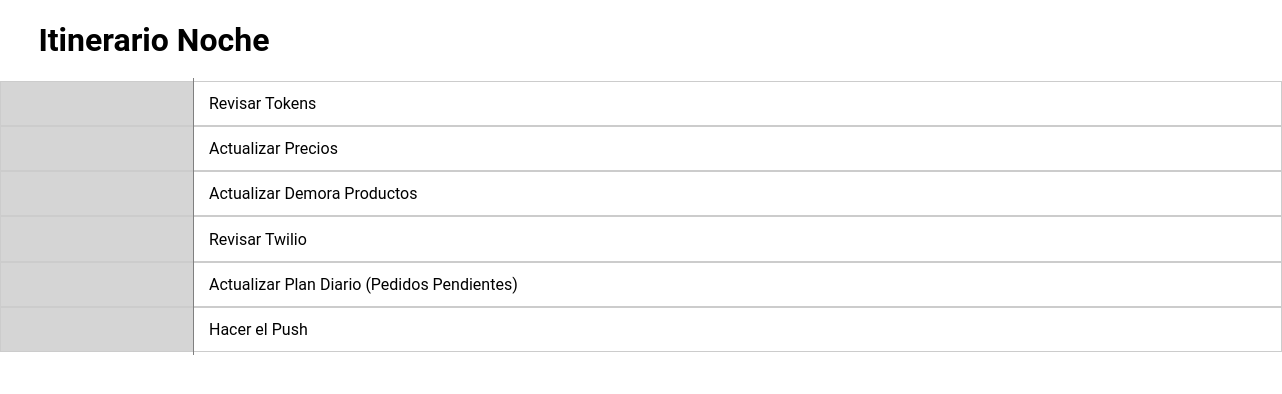
Repository: aCoupon0/intranet
Page: 1/iti-noche.html
The author's editor kept a copy of each file at every save. The page is drawn from the files as they stood at one save, then again after the next save.
The browser window is 1280 px wide. The page is 1282 px wide, so the pictures cover 1282 px, including what lies to the right of the window. The pictures show the whole page.

Above is the page before, as saved 2024-12-11 11:30:45.

### 1/iti-noche.html
<!DOCTYPE html>
<html lang="es">

<head>
    <meta charset="UTF-8">
    <meta name="viewport" content="width=device-width, initial-scale=1.0">
    <title>Intranet DermaBox</title>
    <link rel="stylesheet" href="../css/gasto.css">
</head>
<body>
    <h1 class="title">Itinerario Noche</h1>
    <div class="container">
        <div class="checkbox" onclick="toggleCheckbox(this)"></div>
        <div class="text-container">
            <p>Revisar Tokens</p>
        </div>
    </div>
    <div class="container">
        <div class="checkbox" onclick="toggleCheckbox(this)"></div>
        <div class="text-container">
            <p>Actualizar Precios</p>
        </div>
    </div>
    <div class="container">
        <div class="checkbox" onclick="toggleCheckbox(this)"></div>
        <div class="text-container">
            <p>Actualizar Demora Productos</p>
        </div>
    </div>

    <div class="container">
        <div class="checkbox" onclick="toggleCheckbox(this)"></div>
        <div class="text-container">
            <p>Revisar Twilio</p>
        </div>
    </div>
    <div class="container">
        <div class="checkbox" onclick="toggleCheckbox(this)"></div>
        <div class="text-container">
            <p>Actualizar Plan Diario (Pedidos Pendientes)</p>
        </div>
    </div>
    <div class="container">
        <div class="checkbox" onclick="toggleCheckbox(this)"></div>
        <div class="text-container">
            <p>Hacer el Push</p>
        </div>
    </div>

    <script>
        function toggleCheckbox(element) {
            element.classList.toggle('active');
        }
    </script>
</body>

</html>

### css/gasto.css
body {
    margin: 0;
    font-family: 'Roboto', system-ui, -apple-system, BlinkMacSystemFont, 'Segoe UI', sans-serif;
}

h1 {
    font-size: 2rem;
    margin-left: 3%;
}

.container {
    width: 100%;
    height: 6vh;
    display: flex;
    align-items: center;
    border: 1px solid #ccc;
}
.checkbox {
    width: 15vw;
    height: 100%;
    background-color: rgb(213, 213, 213);
    display: flex;
    justify-content: center;
    align-items: center;
    cursor: pointer;
    transition: background-color 0.3s;
}
.checkbox.active {
    background-color: blue;
}
.text-container {
    flex: 1;
    display: flex;
    align-items: center;
    text-align: left;
    padding: 0 15px;
    border-left: 1px solid grey;
}

After the next save:
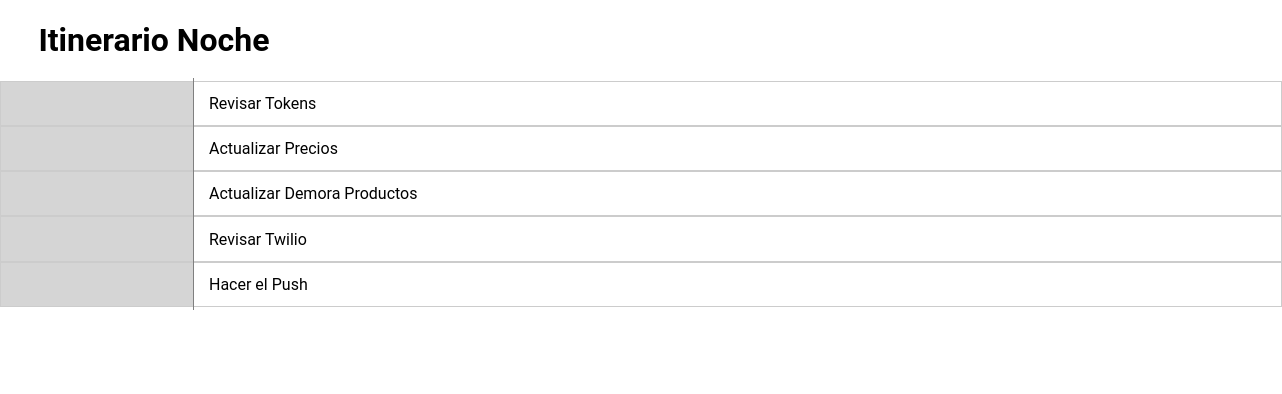
Saved 12 s later.
--- a/1/iti-noche.html
+++ b/1/iti-noche.html
@@ -27,17 +27,10 @@
             <p>Actualizar Demora Productos</p>
         </div>
     </div>
-
     <div class="container">
         <div class="checkbox" onclick="toggleCheckbox(this)"></div>
         <div class="text-container">
             <p>Revisar Twilio</p>
-        </div>
-    </div>
-    <div class="container">
-        <div class="checkbox" onclick="toggleCheckbox(this)"></div>
-        <div class="text-container">
-            <p>Actualizar Plan Diario (Pedidos Pendientes)</p>
         </div>
     </div>
     <div class="container">
